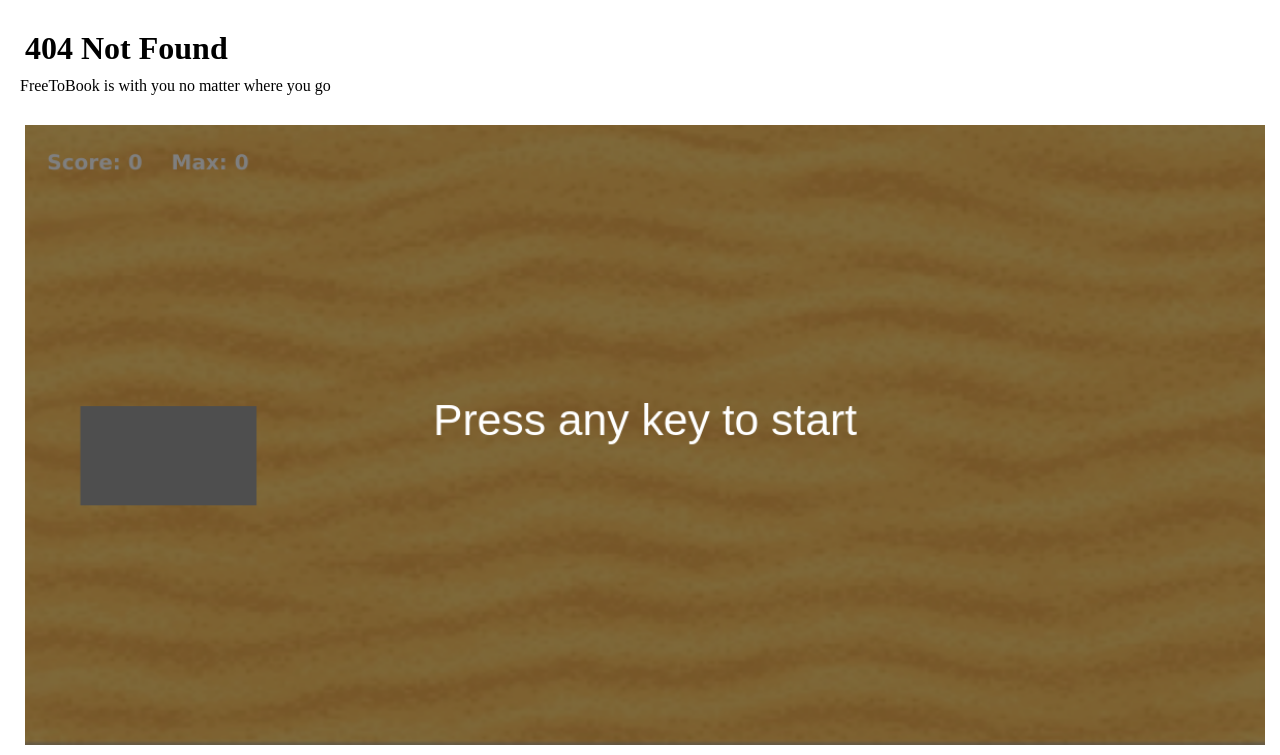
Repository: btgoo/game
Page: car.html
The author's editor kept a copy of each file at every save. The page is drawn from the files as they stood at one save, then again after a run of saves.
The browser window is 1280 px wide. The pictures show the whole page.

Above is the page before, as saved 2025-10-26 03:07:41.

### car.html
<!DOCTYPE html>
<script src="carscript.js" defer type="module"></script>
<link rel="stylesheet" href="car_style.css">
<html lang="en">
<head>
    <meta charset="UTF-8">
    <meta http-equiv="X-UA-Compatible" content="IE=edge" />
    <meta name="viewport" content="width=device-width, initial-scale=1.0">
    <title>CarGo</title>
</head>
<body>
    <h1>404 Not Found</h1>
    FreeToBook is with you no matter where you go
    <p id="demo"></p>
    <canvas id="game">
    </canvas>
</body>
 </html>

### carscript.js
const canvas = document.getElementById("game");
const ctx = canvas.getContext("2d");

const GAME_WIDTH = 1200;
const GAME_HEIGHT = 600;
const PLAYER_WIDTH = 160;
const PLAYER_HEIGHT = 90;
const CACTI_WIDTH = 78;
const CACTI_Height = 90;

const NUM_LANES = 5;

const obstacleData = [
    {src: "./assets/car_images/cactus_1.png", width:CACTI_WIDTH, height:CACTI_WIDTH},
    {src: "./assets/car_images/cactus_2.png", width:CACTI_WIDTH, height:CACTI_Height},
    {src: "./assets/car_images/cactus_3.png", width:CACTI_WIDTH, height:CACTI_Height},
    {src: "./assets/car_images/cactus_1.png", width:CACTI_WIDTH, height:CACTI_WIDTH},
    {src: "./assets/car_images/cactus_2.png", width:CACTI_WIDTH, height:CACTI_Height},
    {src: "./assets/car_images/cactus_3.png", width:CACTI_WIDTH, height:CACTI_Height},
    {src: "./assets/car_images/tumbleweed.png", width:CACTI_WIDTH, height:CACTI_WIDTH},
    {src: "./assets/car_images/red_car.png", width:PLAYER_WIDTH, height:PLAYER_HEIGHT},
    {src: "./assets/car_images/green_car.png", width:PLAYER_WIDTH, height:PLAYER_HEIGHT},
];

let obstacleImgs = [];
obstacleData.forEach(data => {
    const img = new Image();
    img.src = data.src;
    img.width = data.width;
    img.height = data.height;
    obstacleImgs.push(img);
});

const explosionImg = new Image();
explosionImg.src = "./assets/car_images/explosion_sprite.png";

let explosions = [];

let scaleRatio = null;
let backgroundX = 0;
let gameSpeed = 3;
let speedIncreaseRate = 0.0001;

let gameRunning = false;
let gameOver = false;

let score = 0;
let maxScore = 0;

let car = {
    x: GAME_WIDTH / 24,
    width: PLAYER_WIDTH,
    height: PLAYER_HEIGHT,
    lane: 2,
};

let obstacles = [];
let obstacleTimer = 0;
let obstacleInterval = 80;
let lanes = [];

function setupLanes() {
    const laneHeight = GAME_HEIGHT / NUM_LANES;
    lanes = [];
    for (let i = 0; i < NUM_LANES; i++) {
        lanes.push(laneHeight * i + (laneHeight - car.height) / 2);
    }
    car.y = lanes[car.lane];
}

function getScaleRatio() {
    const screenHeight = Math.min(window.innerHeight, document.documentElement.clientHeight);
    const screenWidth = Math.min(window.innerWidth, document.documentElement.clientWidth);

    if (screenWidth / screenHeight < GAME_WIDTH / GAME_HEIGHT) {
        return screenWidth / GAME_WIDTH;
    } else {
        return screenHeight / GAME_HEIGHT;
    }
}

function setScreen() {
    scaleRatio = getScaleRatio();
    if ((GAME_WIDTH*scaleRatio) < GAME_WIDTH && (GAME_HEIGHT*scaleRatio) < GAME_HEIGHT){
        canvas.width = GAME_WIDTH * scaleRatio;
        canvas.height = GAME_HEIGHT * scaleRatio;
        } else {
        canvas.width = GAME_WIDTH;
        canvas.height = GAME_HEIGHT;
    }
  setupLanes();
}

setScreen();
window.addEventListener("resize", () => {
    setScreen();
    drawScene();
});

const backgroundImg = new Image();
backgroundImg.src = "./assets/car_images/background.png";

const carImg = new Image();
carImg.src = "./assets/car_images/blue_car.png";

backgroundImg.onload = requestAnimationFrame(gameLoop);
carImg.onload = () => requestAnimationFrame(gameLoop);

backgroundImg.onload = drawStartScreen;
carImg.onload = drawStartScreen;


function drawStartScreen() {
    drawScene();
    ctx.fillStyle = "rgba(0, 0, 0, 0.5)";
    ctx.fillRect(0, 0, canvas.width, canvas.height);

    ctx.fillStyle = "white";
    ctx.font = `${40 * scaleRatio}px Arial`;
    ctx.textAlign = "center";
    ctx.fillText("Press any key to start", canvas.width / 2, canvas.height / 2);
}

function drawScene() {
    ctx.clearRect(0, 0, canvas.width, canvas.height);

    const bgWidth = canvas.width;
    const bgHeight = canvas.height;
    let bgX = -backgroundX * scaleRatio;

    ctx.drawImage(backgroundImg, bgX, 0, bgWidth, bgHeight);
    ctx.drawImage(backgroundImg, bgX + bgWidth, 0, bgWidth, bgHeight);

    ctx.fillStyle = "white";
    ctx.font = `bold ${20}px Verdana`;
    ctx.textAlign = "left";
    ctx.fillText(`Score: ${score}    Max: ${maxScore}`, 20 * scaleRatio, 40 * scaleRatio);

    if (backgroundX * scaleRatio >= bgWidth) backgroundX = 0;

    obstacles.forEach((ob) => {
        ctx.drawImage(
        ob.img,
        ob.x * scaleRatio,
        ob.y * scaleRatio,
        ob.width * scaleRatio,
        ob.height * scaleRatio
        );
    });

    if (!gameOver) {
        ctx.drawImage(
            carImg,
            car.x * scaleRatio,
            car.y * scaleRatio,
            car.width * scaleRatio,
            car.height * scaleRatio
        );
    }
    explosions.forEach((ex, i) => {
        const frameWidth = explosionImg.width / ex.maxFrames;
        const frameHeight = explosionImg.height;

        ctx.drawImage(
            explosionImg,
            frameWidth * ex.frame,
            0,
            frameWidth,
            frameHeight,
            ex.x * scaleRatio,
            ex.y * scaleRatio,
            ex.width * scaleRatio,
            ex.height * scaleRatio
        );

        ex.tick++;
        if (ex.tick % ex.frameSpeed === 0) {
            ex.frame++;
        }
        if (ex.frame >= ex.maxFrames) {
            explosions.splice(i, 1);
        }
    });
    if (gameOver) {
        ctx.fillStyle = "rgba(0, 0, 0, 0.6)";
        ctx.fillRect(0, 0, canvas.width, canvas.height);
        ctx.fillStyle = "white";
        ctx.font = `${60 * scaleRatio}px Arial Black`;
        ctx.textAlign = "center";
        ctx.fillText("GAME OVER", canvas.width / 2, canvas.height / 2);
        ctx.font = `${30 * scaleRatio}px Arial`;
        ctx.fillText("Press any key to restart", canvas.width / 2, canvas.height / 2 + 60 * scaleRatio);
    }
}

function gameLoop() {
    if (gameRunning && !gameOver) {
        backgroundX += gameSpeed;

        obstacleTimer++;
        if (obstacleTimer > obstacleInterval) {
            spawnObstacle();
            obstacleTimer = 0;
            obstacleInterval = 100 + Math.random() * 10;
        }

        obstacles.forEach((ob) => {
            ob.x -= gameSpeed;

            if (!ob.counted && ob.x + ob.width < car.x) {
                score++;
                ob.counted = true;

                if (score > maxScore) {
                    maxScore = score;
                }
            }
        });

        obstacles = obstacles.filter((ob) => ob.x + ob.width > 0);

        checkCollisions();

        gameSpeed += speedIncreaseRate;

        drawScene();
    }
    requestAnimationFrame(gameLoop);
}
requestAnimationFrame(gameLoop);

function checkCollisions() {
    obstacles.forEach((ob, index) => {
      const carLeft = car.x;
      const carRight = car.x + car.width;
      const carTop = car.y;
      const carBottom = car.y + car.height;

      const obLeft = ob.x;
      const obRight = ob.x + ob.width-10;
      const obTop = ob.y;
      const obBottom = ob.y + ob.height;

      const horizontalOverlap = carLeft < obRight && carRight > obLeft;
      const verticalOverlap = carTop < obBottom && carBottom > obTop;

      if (horizontalOverlap && verticalOverlap) {
        spawnExplosion(car.x, car.y, car.width, car.height);
        setTimeout(setGameOver, 100);
      }
    });
}

function setGameOver(){
    gameRunning = false;
    gameOver = true
    drawScene();
}

function spawnObstacle() {
    const lane = Math.floor(Math.random() * NUM_LANES);
    const imgIndex = Math.floor(Math.random() * obstacleImgs.length);
    const chosenImg = obstacleImgs[imgIndex];

    const newObstacle = {
        x: GAME_WIDTH + 50,
        y: lanes[lane],
        width: chosenImg.width,
        height: chosenImg.height,
        lane: lane,
        img: chosenImg
    };
    obstacles.push(newObstacle);
}

function spawnExplosion(x, y, width, height) {
    explosions.push({
        x: x,
        y: y,
        width: width,
        height: height,
        frame: 0,
        maxFrames: 15,
        frameSpeed: 3,
        tick: 0
    });
}

window.addEventListener("keydown", (e) => {
    if (!gameRunning && !gameOver) {
      // start
      gameRunning = true;
        obstacles = [];
        explosions = [];
        backgroundX = 0;
        gameSpeed = 3;
        score = 0;
        drawScene();
    } else if (gameOver) {
      // restart
        gameOver = false;
        gameRunning = true;
        backgroundX = 0;
        obstacles = [];
        explosions = [];
        gameSpeed = 3;
        score = 0;
    } else {
      // move car if running
      if (e.key === "ArrowUp" && car.lane > 0) {
        car.lane--;
      } else if (e.key === "ArrowDown" && car.lane < NUM_LANES - 1) {
        car.lane++;
      }
      car.y = lanes[car.lane];
    }
});

### car_style.css
* {
    padding: 5px;
    padding-top: 10px;
    padding-bottom: 10px;
    margin: 0px;
}
body{
    padding-left: 15px;
    display:flex;
    flex-direction: column;
    height: 90vh;

    /* user-select: none;
    touch-action: none;
    -webkit-touch-callout: none;
    -webkit-user-select: none;
    -khtml-user-select: none;
    -moz-user-select: none;
    -ms-user-select: none;
    user-select: none;
    outline: none;
    -webkit-tap-highlight-color: rgba(255, 255, 255, 0); */
}

After the next 3 saves:
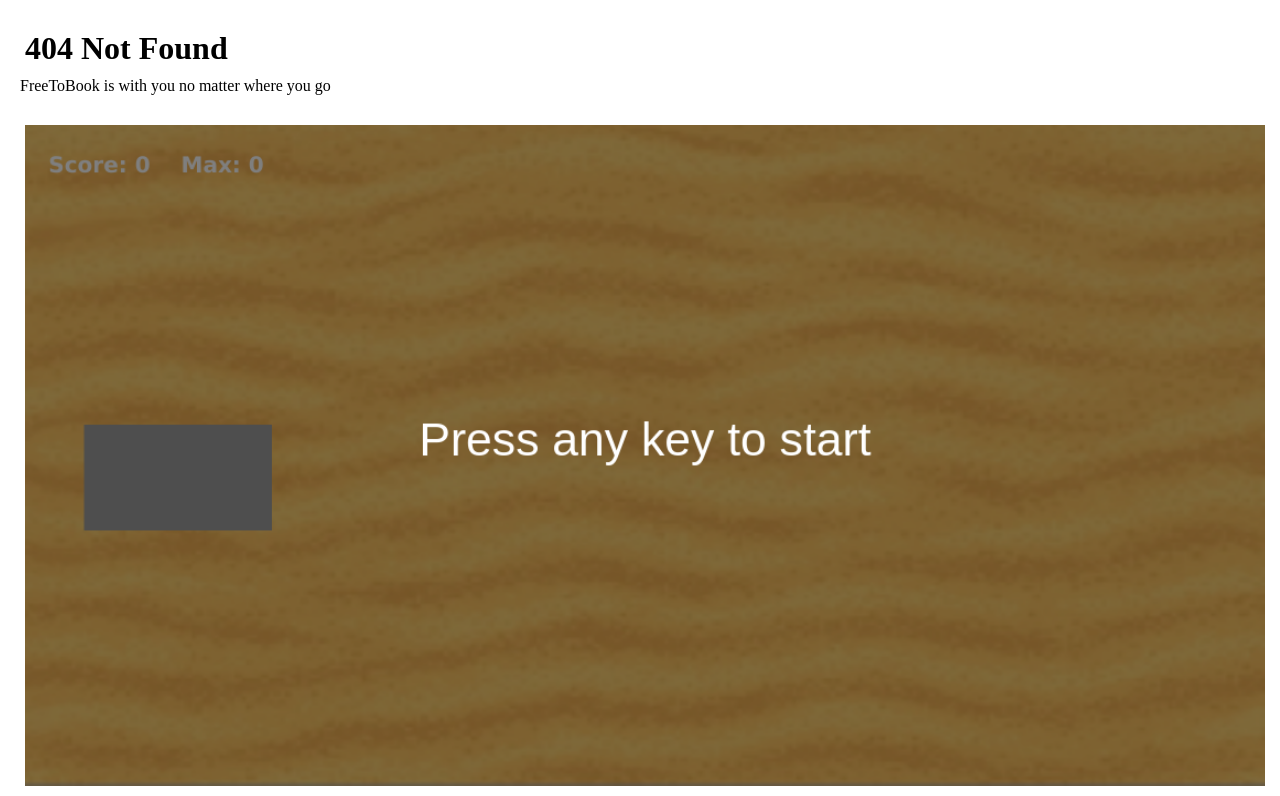
The 3 saves are shown as one change because they came seconds apart.
The last was saved 31 s later.
--- a/carscript.js
+++ b/carscript.js
@@ -85,7 +85,7 @@ function setScreen() {
         canvas.width = GAME_WIDTH * scaleRatio;
         canvas.height = GAME_HEIGHT * scaleRatio;
         } else {
-        canvas.width = GAME_WIDTH;
+        canvas.width = GAME_WIDTH/scaleRatio;
         canvas.height = GAME_HEIGHT;
     }
   setupLanes();
